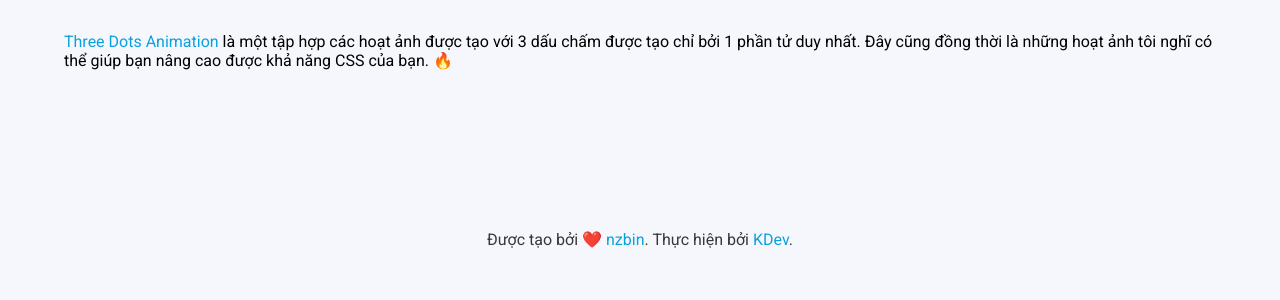
Repository: haokiet2501/lazy-loader-animation
Page: index.html
The author's editor kept a copy of each file at every save. The page is drawn from the files as they stood at one save, then again after the next save.
The browser window is 1280 px wide. The pictures show the whole page.
The style sheet was rebuilt from its Sass, Less or Tailwind sources for each picture, by a compiler version that may differ from the author's.

Above is the page before, as saved 2022-05-06 19:44:40.

After the next save:
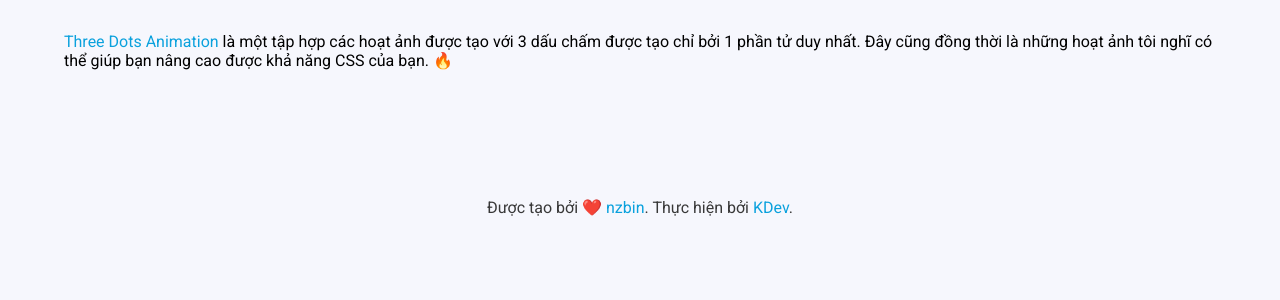
Saved 16 s later.
--- a/index.html
+++ b/index.html
@@ -13,7 +13,6 @@
         <div class="title">
             <a href="/" target="_blank">Three Dots Animation</a> là một tập hợp các hoạt ảnh được tạo với 3 dấu chấm được tạo chỉ bởi 1 phần tử duy nhất. Đây cũng đồng thời là những hoạt ảnh tôi nghĩ có thể giúp bạn nâng cao được khả năng CSS của bạn. 🔥
         </div>
-    </div>
 
         <div class="row">
             <div class="title">
